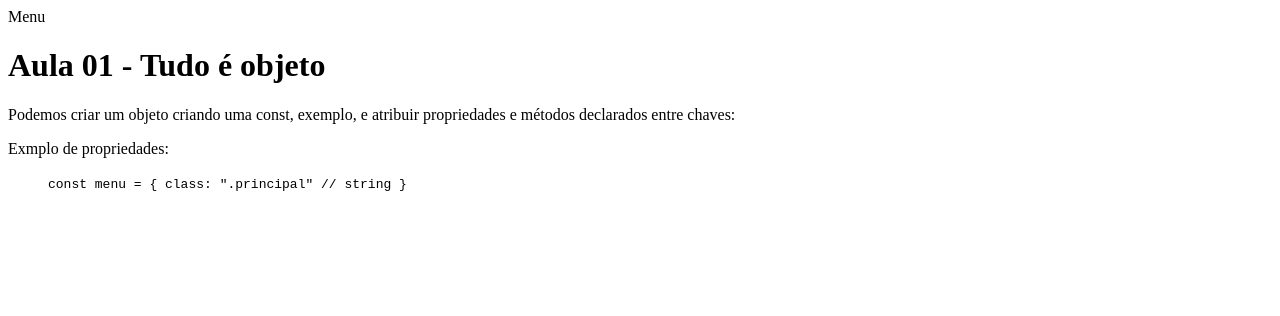
Repository: rvlyra/Js-Estudos-Aplicados
Page: Js - Estudos Aplicados/01-Tudo_e_objeto/index.html
These files come from the project's save history. The page is drawn as it stood at one moment and after the next save; the edit follows.
The browser window is 1280 px wide. The pictures show the whole page.

Above is the page before, as saved 2022-07-05 20:19:34.

### Js - Estudos Aplicados/01-Tudo_e_objeto/index.html
<!DOCTYPE html>
<html lang="en">
<head>
    <meta charset="UTF-8">
    <meta http-equiv="X-UA-Compatible" content="IE=edge">
    <meta name="viewport" content="width=device-width, initial-scale=1.0">
    <title>Tudo é Objeto</title>
</head>
<body>
<nav>Menu</nav>
    <h1>Aula 01 - Tudo é objeto</h1>

    <p>
        Podemos criar um objeto criando uma const, exemplo, e atribuir propriedades e métodos declarados entre chaves:

    </p>
    <p>
        Exmplo de propriedades:

        <blockquote>
            <code>
                const menu = {
                    class:  ".principal" // string
                }
            </code>
        </blockquote>

    </p>
    <p>

    </p>



    <script src="script.js"></script>
</body>
</html>

### Js - Estudos Aplicados/01-Tudo_e_objeto/script.js
const menu = {

}

After the next save:
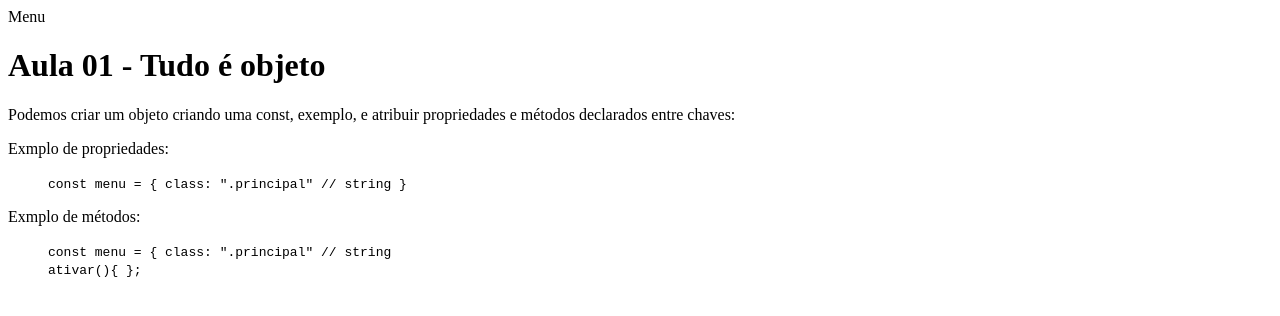
Saved 55 s later.
--- a/Js - Estudos Aplicados/01-Tudo_e_objeto/index.html
+++ b/Js - Estudos Aplicados/01-Tudo_e_objeto/index.html
@@ -27,6 +27,22 @@
 
     </p>
     <p>
+        Exmplo de métodos:
+
+        <blockquote>
+            <code>
+                const menu = {
+                    class:  ".principal" // string
+
+                <br>
+                ativar(){
+
+                };
+            </code>
+        </blockquote>
+
+    </p>
+    <p>
 
     </p>
 
